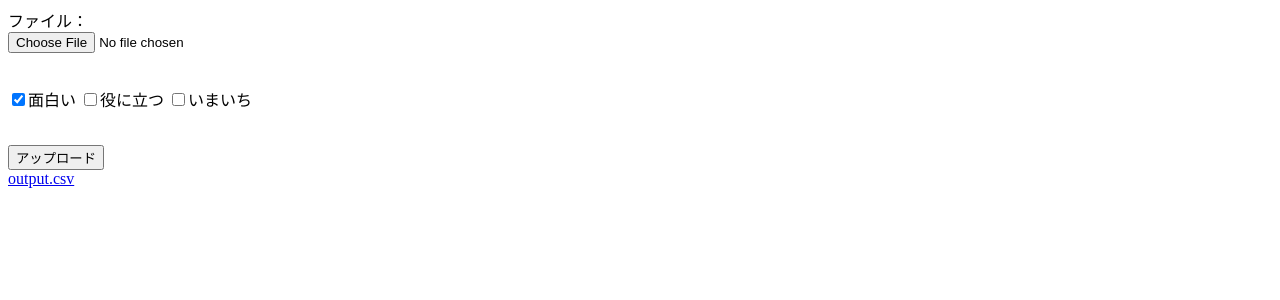
Repository: kaikikazu/StudyAbroad-R
Page: newdes/form.html
The author's editor kept a copy of each file at every save. The page is drawn from the files as they stood at one save, then again after the next save.
The browser window is 1280 px wide. The pictures show the whole page.

Above is the page before, as saved 2018-04-12 09:37:20.

After the next save:
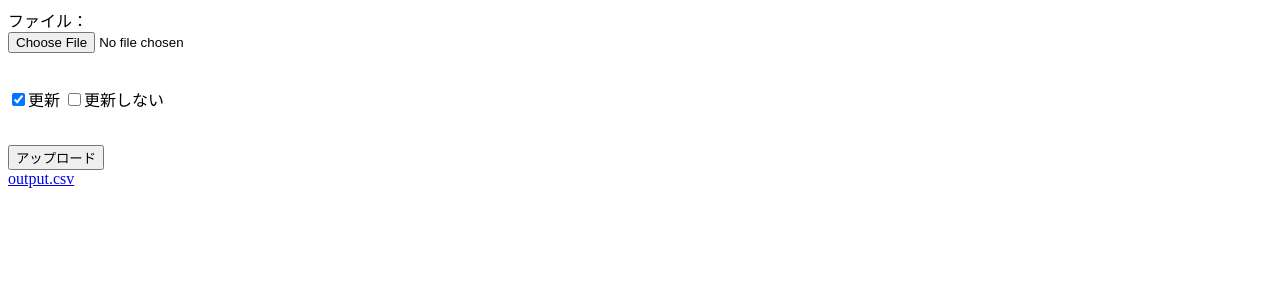
Saved 36 s later.
--- a/newdes/form.html
+++ b/newdes/form.html
@@ -9,9 +9,8 @@
   <input type="file" name="upfile" size="30" /><br />
   <br />
   <p>
-    <input type="checkbox" name="riyu" value="1" checked="checked">面白い
-    <input type="checkbox" name="riyu" value="2">役に立つ
-    <input type="checkbox" name="riyu" value="3">いまいち
+    <input type="checkbox" name="riyu" value="1" checked="checked">更新
+    <input type="checkbox" name="riyu" value="2">更新しない
 </p>
 <br>
   <input type="submit" value="アップロード" />
